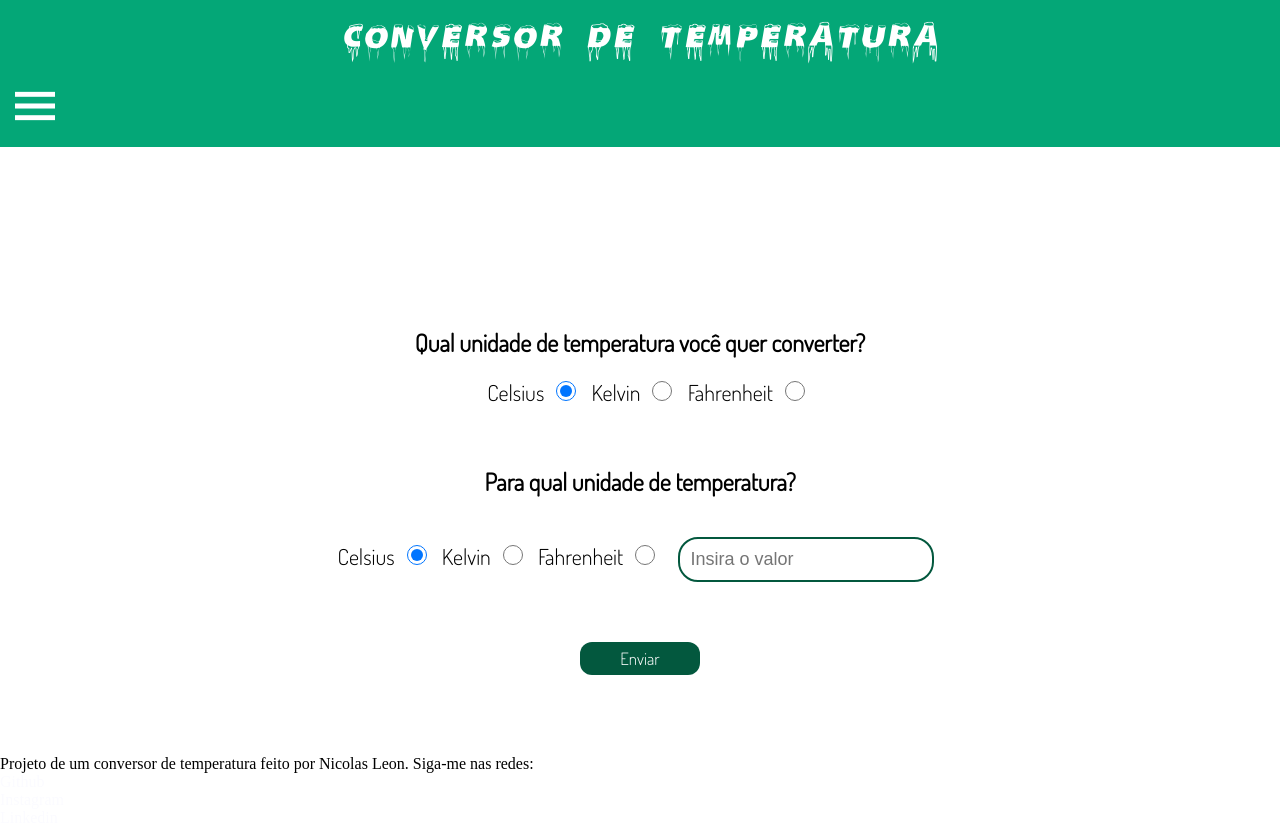
Repository: Leonngc/Conversor-de-temperatura
Page: index.html
The author's editor kept a copy of each file at every save. The page is drawn from the files as they stood at one save, then again after a run of saves.
The browser window is 1280 px wide. The pictures show the whole page.
Some web libraries are served in a nearby version.

Above is the page before, as saved 2023-02-10 23:38:04.

### index.html
<!DOCTYPE html>
<html lang="pt-br">
<head>
    <meta charset="UTF-8">
    <meta http-equiv="X-UA-Compatible" content="IE=edge">
    <meta name="viewport" content="width=device-width, initial-scale=1.0">
    <link rel='stylesheet' href='https://cdn-uicons.flaticon.com/uicons-bold-straight/css/uicons-bold-straight.css'>
    <link rel="stylesheet" href="style.css">
    <title>Conversor de temperatura</title>
</head>
<body>
    <header>
        <h1>Conversor de Temperatura</h1>
        <button id="menu-button"><i class="fi fi-bs-menu-burger"></i></button>

        <menu>
            <ul id="links-menu">
                <li><a href="">Sobre a página</a></li>
                <li><a href="">História</a></li>
                <li><a href="">Outros Projetos</a></li>
            </ul>
        </menu>
    </header>

    <main>
       <form>
        <h2>Qual unidade de temperatura você quer converter?</h2>
        <label for="celsius">Celsius</label><input type="radio" name="unidade" id="celsius" class="unidades" checked>
        <label for="kelvin">Kelvin</label><input type="radio" name="unidade" class="unidades" id="kelvin">
        <label for="fahrenheit">Fahrenheit</label><input type="radio" name="unidade" class="unidades" id="fahrenheit">
        <br>
       </form>
       <form>
        <h2>Para qual unidade de temperatura?</h2>
        <label for="cel-res">Celsius</label><input type="radio" name="res-unidade" id="cel-res" class="res-unidades"  checked>
        <label for="kel-res">Kelvin</label><input type="radio" name="res-unidade" id="kel-res" class="res-unidades">
        <label for="fah-res">Fahrenheit</label><input type="radio" name="res-unidade" id="fah-res" class="res-unidades">
        <input type="number" name="graus" id="graus" placeholder="Insira o valor">
       </form>
       <button id="submit">Enviar</button>
    </main>

    <footer>
        <p>Projeto de um conversor de temperatura feito por Nicolas Leon. Siga-me nas redes: </p>
        <ul>
            <li><a href="">Github</a></li>
            <li><a href="">Instagram</a></li>
            <li><a href="">Linkedin</a></li>
        </ul>
    </footer>
</body>
</html>

### style.css
@charset "UTF-8";
@import url('https://fonts.googleapis.com/css2?family= Dosis:wght@300 & display = swap');
@font-face {
    font-family: Title;
    src: url(fonts/IceCaps.ttf);
}

:root{
    --yellow: #F7FF58;
    --snow: #FBFBFF;
    --blackout: #040F16;
    --dosis: 'Dosis', sans-serif;
}

*{
    margin: 0;
    padding: 0;
    box-sizing: border-box;
}

header{
    background-color: #04A777;
    margin-bottom: 160px;
    max-width: 100vw;
    color: white;
}

header > h1{
    font-family: Title, sans-serif;
    font-weight: lighter;
    text-align: center;
    font-size: 45px;
    padding: 22px;
}

menu{
    background-color: #05C78D;
    padding: 20px;
    max-width: 100vw;
    display: none;
}

menu > ul{
    margin-left: 20px;
    font-size: 20px;
    font-family: var(--dosis);
    font-weight: bold;
    color: white;
}

menu > ul > li{
    padding: 5px;
}

li > a{
    text-decoration: none;
    color: #FBFBFF;
}

li > a:hover{
    color: #03583e;
    text-decoration: underline;
}

#menu-button{
    background-color: #03583e00;
    border: none;
    color: white;
    font-size: 40px;
    margin-left: 15px;
    margin-bottom: 12px;
}

main{
    text-align: center;
}

form{
    margin: 40px;
    font-family: var(--dosis);

}

form > h2{
    padding: 20px;
}

.unidades, .res-unidades{
    height: 20px;
    width: 20px;
}

label{
    font-size: 22px;
    padding: 12px;
}

#graus{
    margin: 20px;
    padding: 10px;
    border-radius: 20px;
    border: 2px solid #03583e;
    color: #03583e;
    font-size: 18px;
}

#submit{
    font-family: var(--dosis);
    font-size: 17px;
    padding: 6px;
    width: 120px;
    background-color: #03583e;
    color: white;
    border-radius: 12px;
    border: none;
}

#submit:hover{
    background-color: white;
    color: #03583e;
    border: 2px solid
    #03583e;
}

#submit:active{
    width: 117px;
    padding: 4px;
}

footer{
    margin-top: 80px;
    border: 5px 0px solid #03583e;
}

After the next 2 saves:
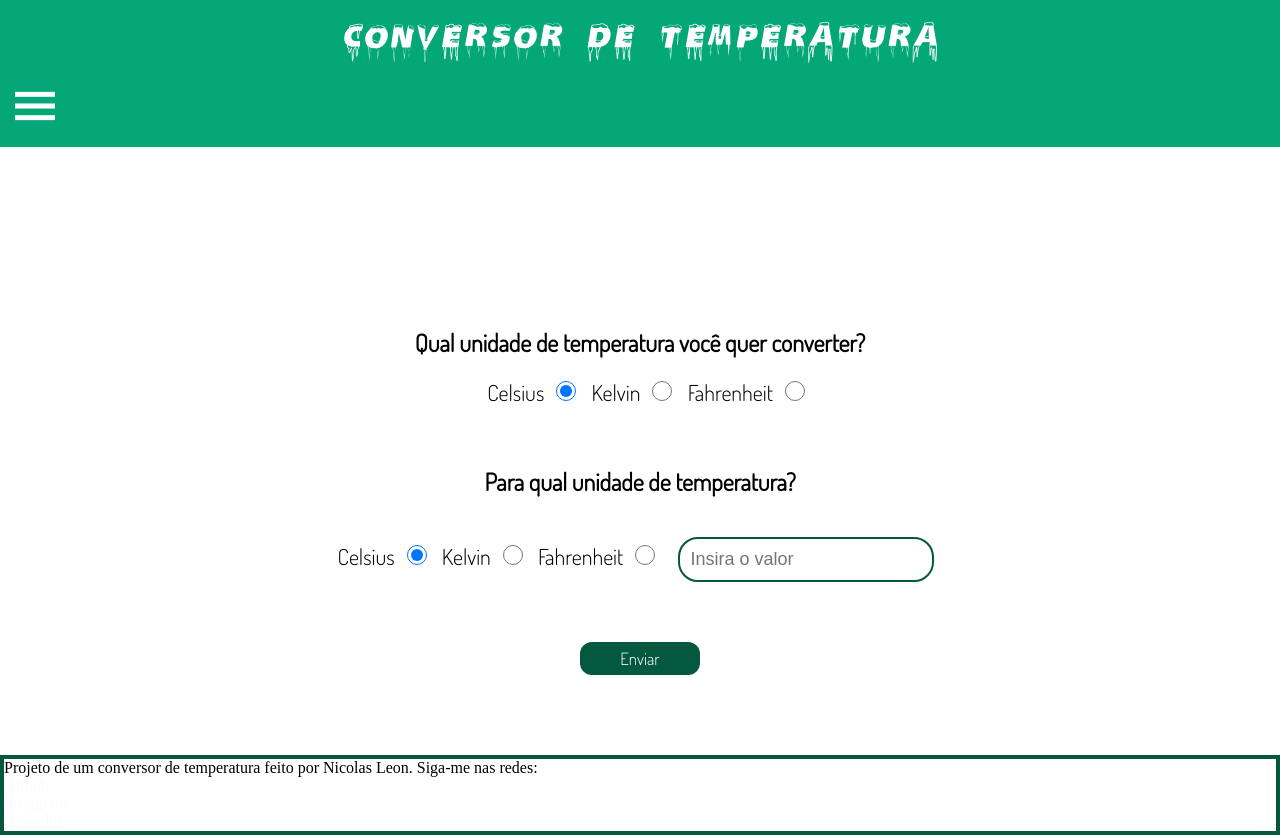
The 2 saves are shown as one change because they came seconds apart.
The last was saved 10 s later.
--- a/style.css
+++ b/style.css
@@ -129,5 +129,5 @@ label{
 
 footer{
     margin-top: 80px;
-    border: 5px 0px solid #03583e;
+    border: 4px solid #03583e;
 }
